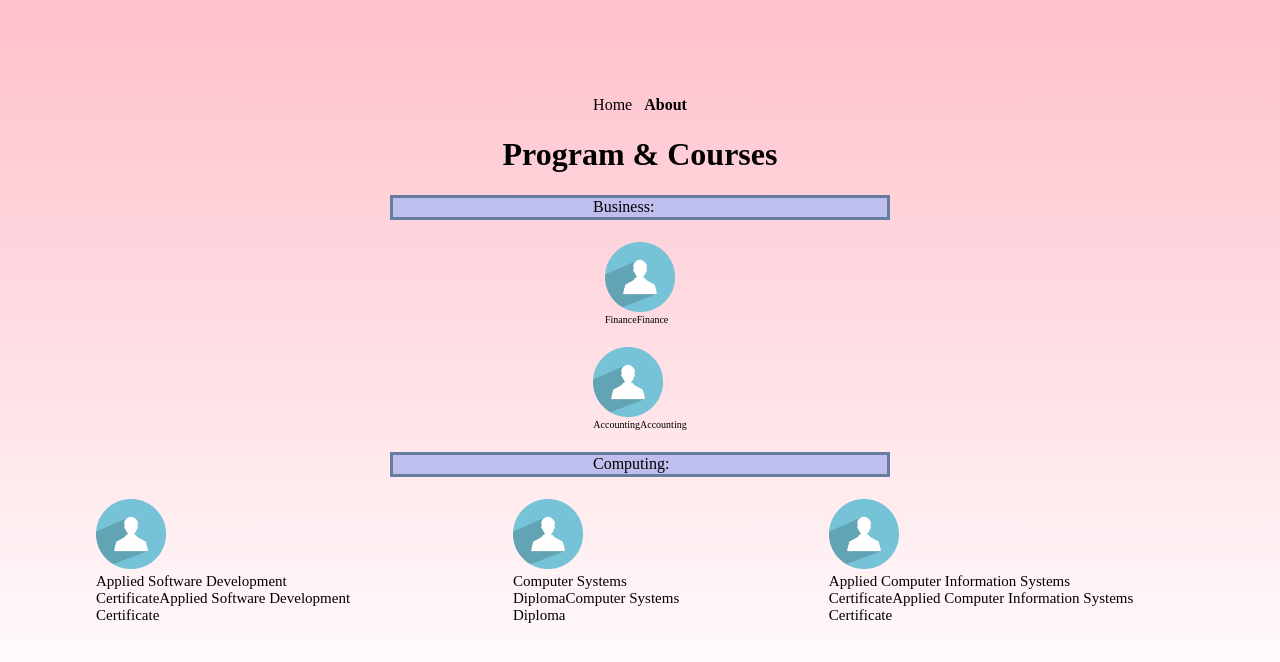
Repository: anoncoderin/madhu-assignment3
Page: /
The author's editor kept a copy of each file at every save. The page is drawn from the files as they stood at one save, then again after a run of saves.
The browser window is 1280 px wide. The pictures show the whole page.
The project was rebuilt for these pictures with package versions that can differ from the ones it lists, and the page was loaded fresh each time. The framework's server and built-in components were replaced by stand-ins that run in the browser. Also part of the build but not shown: next.config.js, components/Card/Card.module.css.

Above is the page before, as saved 2023-01-22 20:55:45.

### pages/index.js
import Head from 'next/head'
import Image from 'next/image'
import { Inter } from '@next/font/google'
import styles from '@/styles/Home.module.css'
import { useState } from 'react'
import data from '../data/education.json'
import Link from 'next/link'
import Card from '../components/Card'
import style from '../components/Card/Card.module.css'

export default function Home() {
  console.log(data);
  const [information, setInformation] = useState([...data])
  return (
    <>
      <Head>

      </Head>
      <main className={styles.main}>

        <p> Home &nbsp;&nbsp;
          <Link href="about"><b>About</b></Link>
        </p>
        <h1>Program & Courses</h1>
      <div className={styles.heading}>Business:</div>
      {
        information && information.map((info, index)=>{
          if(info.department === "Business"){
            return(
              <Card key={index} degree={info.degree}></Card>
            )
          }
        })
      }
      <div className={styles.heading}>Computing:</div>
      <div className={styles.row}>
      {
        information && information.map((info, index)=>{
          if(info.department === "Computing"){
            return(
              <Card key={index} degree={info.degree} font={15}></Card>
            )
          }
        })
      }
      </div>
      </main>
    </>
  )
}

### styles/globals.css
:root {
  --max-width: 1100px;
  --border-radius: 12px;
  --font-mono: ui-monospace, Menlo, Monaco, 'Cascadia Mono', 'Segoe UI Mono',
    'Roboto Mono', 'Oxygen Mono', 'Ubuntu Monospace', 'Source Code Pro',
    'Fira Mono', 'Droid Sans Mono', 'Courier New', monospace;

  --foreground-rgb: 0, 0, 0;
  --background-start-rgb: 255, 192, 203;
  --background-end-rgb: 255, 255, 255;

  --primary-glow: conic-gradient(
    from 180deg at 50% 50%,
    hsla(78, 61%, 87%, 0.2) 0deg,
    #0885ff33 55deg,
    #54d6ff33 120deg,
    #0071ff33 160deg,
    transparent 360deg
  );
  --secondary-glow: radial-gradient(
    rgba(255, 255, 255, 1),
    rgba(255, 255, 255, 0)
  );

  --tile-start-rgb: 239, 245, 249;
  --tile-end-rgb: 228, 232, 233;
  --tile-border: conic-gradient(
    #00000080,
    #00000040,
    #00000030,
    #00000020,
    #00000010,
    #00000010,
    #00000080
  );

  --callout-rgb: 238, 240, 241;
  --callout-border-rgb: 172, 175, 176;
  --card-rgb: 180, 185, 188;
  --card-border-rgb: 131, 134, 135;
}

@media (prefers-color-scheme: dark) {
  :root {
    --foreground-rgb: 255, 255, 255;
    --background-start-rgb: 0, 0, 0;
    --background-end-rgb: 0, 0, 0;

    --primary-glow: radial-gradient(rgba(1, 65, 255, 0.4), rgba(1, 65, 255, 0));
    --secondary-glow: linear-gradient(
      to bottom right,
      rgba(1, 65, 255, 0),
      rgba(1, 65, 255, 0),
      rgba(1, 65, 255, 0.3)
    );

    --tile-start-rgb: 2, 13, 46;
    --tile-end-rgb: 2, 5, 19;
    --tile-border: conic-gradient(
      #ffffff80,
      #ffffff40,
      #ffffff30,
      #ffffff20,
      #ffffff10,
      #ffffff10,
      #ffffff80
    );

    --callout-rgb: 20, 20, 20;
    --callout-border-rgb: 108, 108, 108;
    --card-rgb: 100, 100, 100;
    --card-border-rgb: 200, 200, 200;
  }
}

* {
  box-sizing: border-box;
  padding: 0;
  margin: 0;
}

html,
body {
  max-width: 100vw;
  overflow-x: hidden;
}

body {
  color: rgb(var(--foreground-rgb));
  background: linear-gradient(
      to bottom,
      transparent,
      rgb(var(--background-end-rgb))
    )
    rgb(var(--background-start-rgb));
}

a {
  color: inherit;
  text-decoration: none;
}

@media (prefers-color-scheme: dark) {
  html {
    color-scheme: dark;
  }
}

### styles/Home.module.css
.main {
  display: flex;
  flex-direction: column;
  justify-content: space-between;
  align-items: center;
  padding: 6rem;
  min-height: 100vh;
}
.row{
  display: flex;
  flex-direction: row;
  justify-content:space-evenly;
  gap: 120px;

}


.heading{
  padding-left: 200px;
  height: 25px;
  width: 500px;
  background-color: #bebeef;
  border-style:solid;
  border-color:#657d9f;
}

.degree{
  display: flex;
  flex-direction: column;

  gap: 5px;
}

.description {
  display: inherit;
  justify-content: inherit;
  align-items: inherit;
  font-size: 0.85rem;
  max-width: var(--max-width);
  width: 100%;
  z-index: 2;
  font-family: var(--font-mono);
}

.description a {
  display: flex;
  justify-content: center;
  align-items: center;
  gap: 0.5rem;
}

.description p {
  position: relative;
  margin: 0;
  padding: 1rem;
  background-color: rgba(var(--callout-rgb), 0.5);
  border: 1px solid rgba(var(--callout-border-rgb), 0.3);
  border-radius: var(--border-radius);
}

.code {
  font-weight: 700;
  font-family: var(--font-mono);
}

.grid {
  display: grid;
  grid-template-columns: repeat(4, minmax(25%, auto));
  width: var(--max-width);
  max-width: 100%;
}

.card {
  padding: 1rem 1.2rem;
  border-radius: var(--border-radius);
  background: rgba(var(--card-rgb), 0);
  border: 1px solid rgba(var(--card-border-rgb), 0);
  transition: background 200ms, border 200ms;
}

.card span {
  display: inline-block;
  transition: transform 200ms;
}

.card h2 {
  font-weight: 600;
  margin-bottom: 0.7rem;
}

.card p {
  margin: 0;
  opacity: 0.6;
  font-size: 0.9rem;
  line-height: 1.5;
  max-width: 30ch;
}

.center {
  display: flex;
  justify-content: center;
  align-items: center;
  position: relative;
  padding: 4rem 0;
}

.center::before {
  background: var(--secondary-glow);
  border-radius: 50%;
  width: 480px;
  height: 360px;
  margin-left: -400px;
}

.center::after {
  background: var(--primary-glow);
  width: 240px;
  height: 180px;
  z-index: -1;
}

.center::before,
.center::after {
  content: '';
  left: 50%;
  position: absolute;
  filter: blur(45px);
  transform: translateZ(0);
}

.logo,
.thirteen {
  position: relative;
}

.thirteen {
  display: flex;
  justify-content: center;
  align-items: center;
  width: 75px;
  height: 75px;
  padding: 25px 10px;
  margin-left: 16px;
  transform: translateZ(0);
  border-radius: var(--border-radius);
  overflow: hidden;
  box-shadow: 0px 2px 8px -1px #0000001a;
}

.thirteen::before,
.thirteen::after {
  content: '';
  position: absolute;
  z-index: -1;
}

/* Conic Gradient Animation */
.thirteen::before {
  animation: 6s rotate linear infinite;
  width: 200%;
  height: 200%;
  background: var(--tile-border);
}

/* Inner Square */
.thirteen::after {
  inset: 0;
  padding: 1px;
  border-radius: var(--border-radius);
  background: linear-gradient(
    to bottom right,
    rgba(var(--tile-start-rgb), 1),
    rgba(var(--tile-end-rgb), 1)
  );
  background-clip: content-box;
}

/* Enable hover only on non-touch devices */
@media (hover: hover) and (pointer: fine) {
  .card:hover {
    background: rgba(var(--card-rgb), 0.1);
    border: 1px solid rgba(var(--card-border-rgb), 0.15);
  }

  .card:hover span {
    transform: translateX(4px);
  }
}

@media (prefers-reduced-motion) {
  .thirteen::before {
    animation: none;
  }

  .card:hover span {
    transform: none;
  }
}

/* Mobile */
@media (max-width: 700px) {
  .content {
    padding: 4rem;
  }

  .grid {
    grid-template-columns: 1fr;
    margin-bottom: 120px;
    max-width: 320px;
    text-align: center;
  }

  .card {
    padding: 1rem 2.5rem;
  }

  .card h2 {
    margin-bottom: 0.5rem;
  }

  .center {
    padding: 8rem 0 6rem;
  }

  .center::before {
    transform: none;
    height: 300px;
  }

  .description {
    font-size: 0.8rem;
  }

  .description a {
    padding: 1rem;
  }

  .description p,
  .description div {
    display: flex;
    justify-content: center;
    position: fixed;
    width: 100%;
  }

  .description p {
    align-items: center;
    inset: 0 0 auto;
    padding: 2rem 1rem 1.4rem;
    border-radius: 0;
    border: none;
    border-bottom: 1px solid rgba(var(--callout-border-rgb), 0.25);
    background: linear-gradient(
      to bottom,
      rgba(var(--background-start-rgb), 1),
      rgba(var(--callout-rgb), 0.5)
    );
    background-clip: padding-box;
    backdrop-filter: blur(24px);
  }

  .description div {
    align-items: flex-end;
    pointer-events: none;
    inset: auto 0 0;
    padding: 2rem;
    height: 200px;
    background: linear-gradient(
      to bottom,
      transparent 0%,
      rgb(var(--background-end-rgb)) 40%
    );
    z-index: 1;
  }
}

/* Tablet and Smaller Desktop */
@media (min-width: 701px) and (max-width: 1120px) {
  .grid {
    grid-template-columns: repeat(2, 50%);
  }
}

@media (prefers-color-scheme: dark) {
  .vercelLogo {
    filter: invert(1);
  }

  .logo,
  .thirteen img {
    filter: invert(1) drop-shadow(0 0 0.3rem #ffffff70);
  }
}

@keyframes rotate {
  from {
    transform: rotate(360deg);
  }
  to {
    transform: rotate(0deg);
  }
}

### data/education.json
[
        {
            "studentNumber": "A0004567",
            "firstName": "Person 1",
            "gpa": 3.8,
            "department": "Business",
            "degree": "Finance",
            "graduted": 2014
        },
        {
            "studentNumber": "A0001234",
            "firstName": "Person 2",
            "gpa": 3.5,
            "department": "Business",
            "degree": "Accounting",
            "graduted": 2010
        },
        {
            "studentNumber": "A0007890",
            "firstName": "Person 3",
            "gpa": 3.2,
            "department": "Computing",
            "degree": "Applied Software Development Certificate",
            "graduted": 2018
        },
        {
            "studentNumber": "A0007828",
            "firstName": "Person 4",
            "gpa": 3.9,
            "department": "Computing",
            "degree": "Computer Systems Diploma",
            "graduted": 2021
        },
        {
            "studentNumber": "A0003425",
            "firstName": "Person 5",
            "gpa": 3.2,
            "department": "Computing",
            "degree": "Applied Computer Information Systems Certificate",
            "graduted": 2021
        }

]

### components/Card/index.js
export default function Card(
    {
        degree="none",
        color="purple",
        font=10,
        image='icon/personTwo.png'
    }
){
    return(
        <div  style={{backgroundcolor:color, fontSize:font }}>
           <img src={'icon/person.png'} width="70px"></img>
           <p> {degree}
            {degree}</p>
        </div>
    )
}

Loaded but not shown: pages/_app.js (common file); pages/_document.js (common file)

After the next 2 saves:
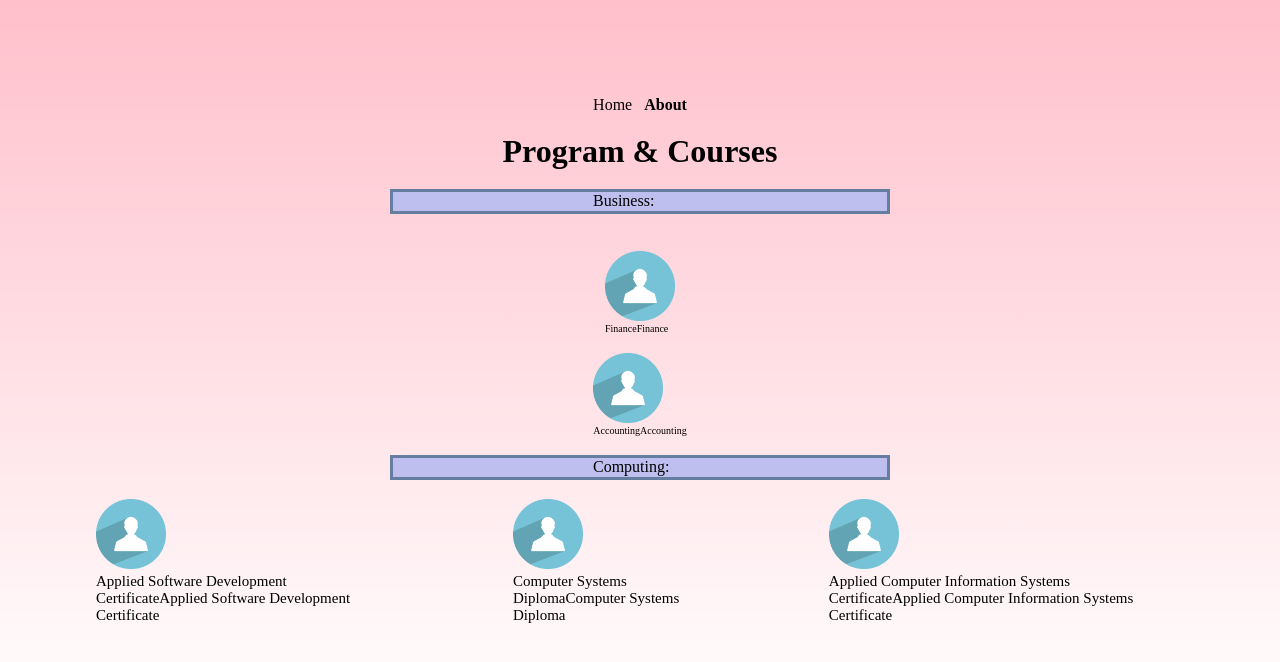
The 2 saves are shown as one change because they came seconds apart.
The last was saved 71 s later.
--- a/pages/index.js
+++ b/pages/index.js
@@ -23,6 +23,7 @@
         </p>
         <h1>Program & Courses</h1>
       <div className={styles.heading}>Business:</div>
+      <div className={styles.row}></div>
       {
         information && information.map((info, index)=>{
           if(info.department === "Business"){
